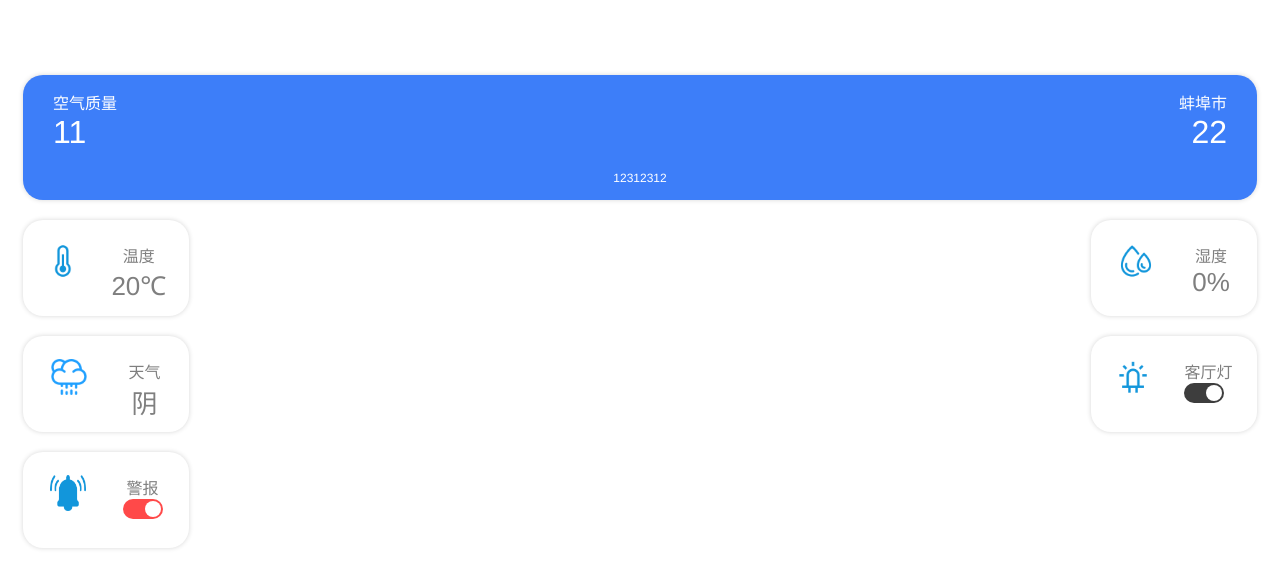
Repository: MashiroQi/MCU
Page: / (app in STM32/smart_house/WebCode/)
These files come from the project's save history. The page is drawn as it stood at one moment and after the next save; the edit follows.
The browser window is 1280 px wide. The pictures show the whole page.
The project was rebuilt for these pictures with package versions that can differ from the ones it lists, and the page was loaded fresh each time. Also part of the build but not shown: STM32/smart_house/WebCode/vue.config.js.

Above is the page before, as saved 2023-01-03 10:17:57.

After the next save:
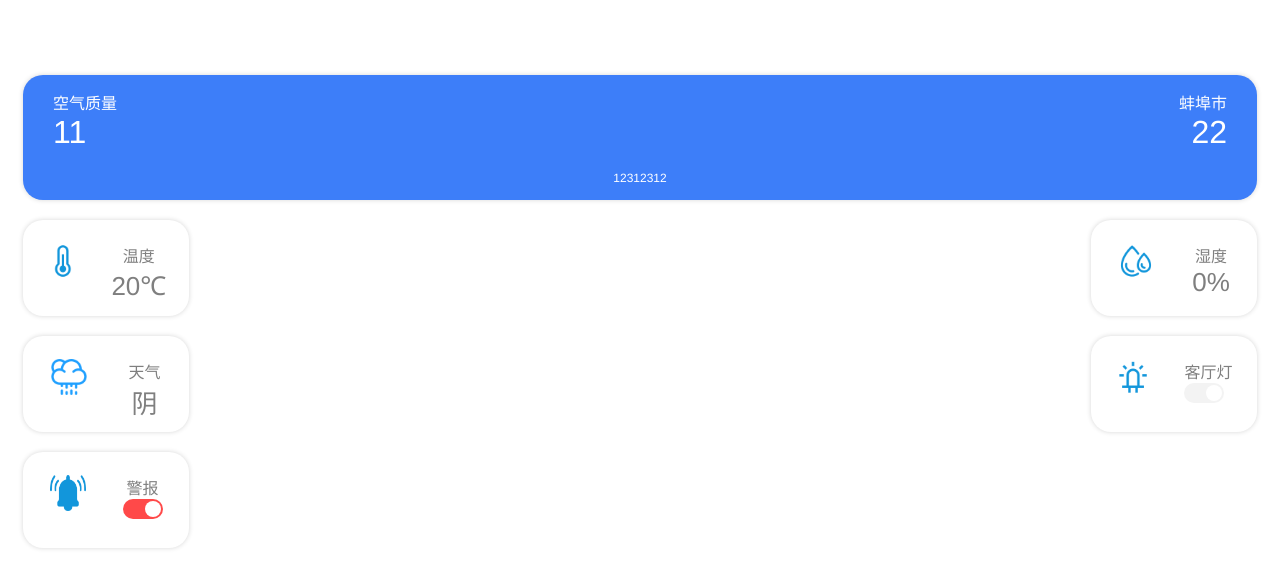
Saved 9 s later.
--- a/STM32/smart_house/WebCode/src/components/Client.vue
+++ b/STM32/smart_house/WebCode/src/components/Client.vue
@@ -40,7 +40,7 @@
         <div class="data-text">
           客厅灯
           <div class="data-value">
-            <switchcomponent activeColor="#3d7ef9" inactiveColor="#3d3d3d" />
+            <switchcomponent activeColor="#3d7ef9" inactiveColor="#f3f3f3" />
           </div>
         </div>
       </div>

After the save that followed:
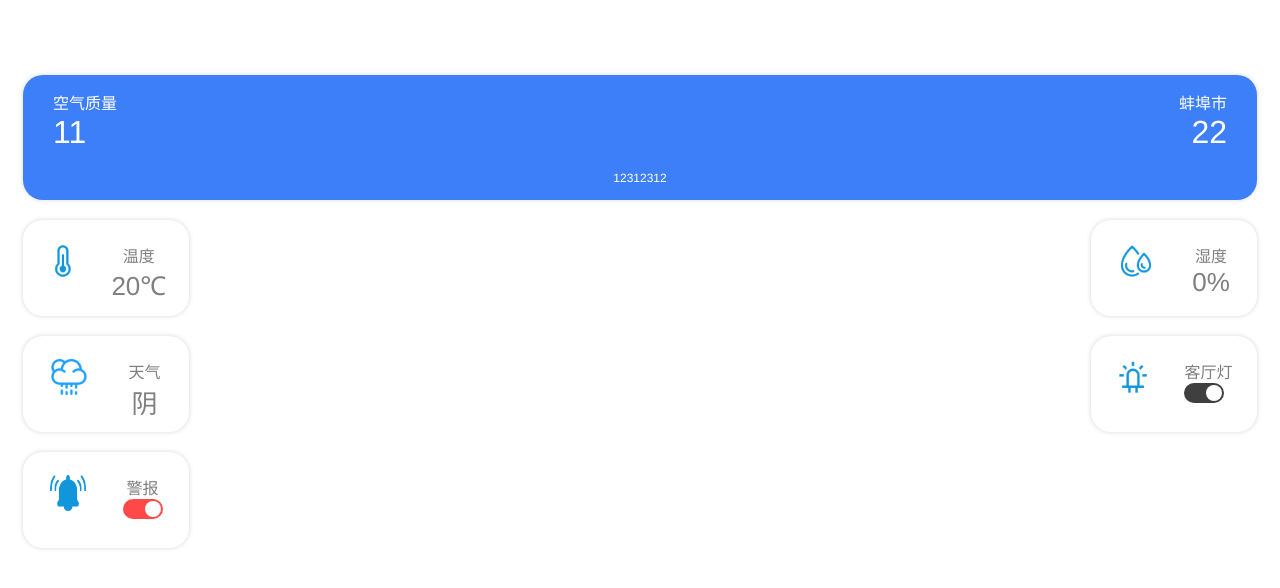
Saved 11 s later.
--- a/STM32/smart_house/WebCode/src/components/Client.vue
+++ b/STM32/smart_house/WebCode/src/components/Client.vue
@@ -40,7 +40,7 @@
         <div class="data-text">
           客厅灯
           <div class="data-value">
-            <switchcomponent activeColor="#3d7ef9" inactiveColor="#f3f3f3" />
+            <switchcomponent activeColor="#3d7ef9" inactiveColor="#3f3f3f" />
           </div>
         </div>
       </div>
